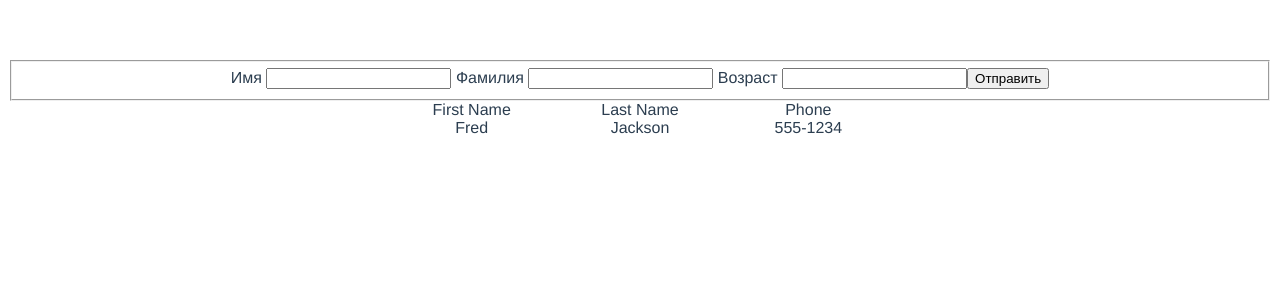
Repository: shum89/test-vue-table
Page: /
These files come from the project's save history. The page is drawn as it stood at one moment and after the next save; the edit follows.
The browser window is 1280 px wide. The pictures show the whole page.
The project was rebuilt for these pictures with package versions that can differ from the ones it lists, and the page was loaded fresh each time. Also part of the build but not shown: vue.config.js.

Above is the page before, as saved 2021-07-17 15:14:14.

### src/App.vue
<template>
  <form>
    <fieldset>
      <label for="firstName">
        Имя
        <input type="text" id="firstName" />
      </label>

      <label for="lastName">
        Фамилия
        <input type="text" id="lastName" />
      </label>
      <label for="age">
        Возраст
        <input type="number" id="age" />
      </label>
      <button type="submit">Отправить</button>
    </fieldset>
  </form>
  <div v-if="list.length === 0" class="table" role="grid" aria-colcount="3">
    <div class="table__row-group" role="rowgroup">
      <div class="table__row" role="row">
        <span role="columnheader" aria-colindex="1">First Name</span>
        <span role="columnheader" aria-colindex="2">Last Name</span>
        <span role="columnheader" aria-colindex="3">Phone</span>
      </div>
    </div>
    <div class="table__row-group" role="rowgroup">
      <div class="table__row" role="row">
        <span role="gridcell" aria-colindex="1">Fred</span>
        <span role="gridcell" aria-colindex="2">Jackson</span>
        <span role="gridcell" aria-colindex="3">555-1234</span>
      </div>
    </div>
  </div>
</template>
<script>
import { ref } from 'vue';
export default {
  setup() {
    const list = ref([]);
    const addData = ({ data }) => {
      list.push(data);
    };
    return {
      list,
    };
  },
};
</script>
<script></script>

<style>
#app {
  font-family: Avenir, Helvetica, Arial, sans-serif;
  -webkit-font-smoothing: antialiased;
  -moz-osx-font-smoothing: grayscale;
  text-align: center;
  color: #2c3e50;
  margin-top: 60px;
}
.table__row-group {
  display: flex;
  align-items: center;
  flex-direction: column;
}
.table__row {
  display: grid;
  gap: 5px;
  grid-template-columns: repeat(3, 1fr);
  justify-content: center;
  max-width: 500px;
  width: 100%;
}
</style>

Loaded but not shown: public/index.html (common file); src/main.js (common file)

After the next save:
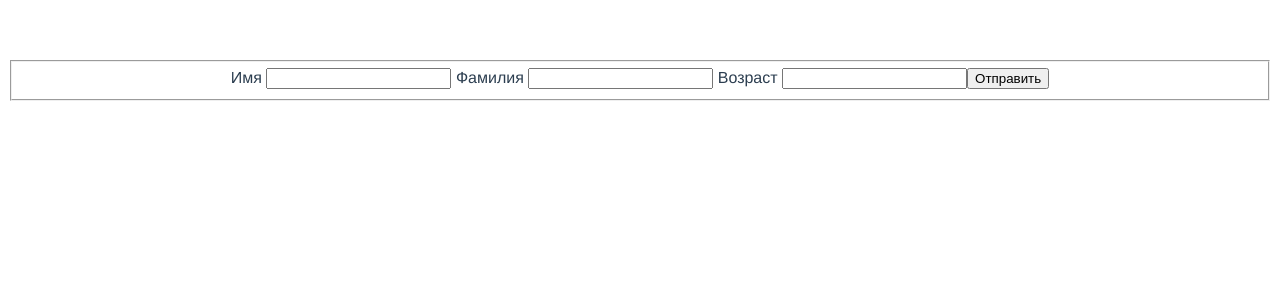
Saved 6 s later.
--- a/src/App.vue
+++ b/src/App.vue
@@ -17,7 +17,7 @@
       <button type="submit">Отправить</button>
     </fieldset>
   </form>
-  <div v-if="list.length === 0" class="table" role="grid" aria-colcount="3">
+  <div v-if="list.length > 0" class="table" role="grid" aria-colcount="3">
     <div class="table__row-group" role="rowgroup">
       <div class="table__row" role="row">
         <span role="columnheader" aria-colindex="1">First Name</span>
